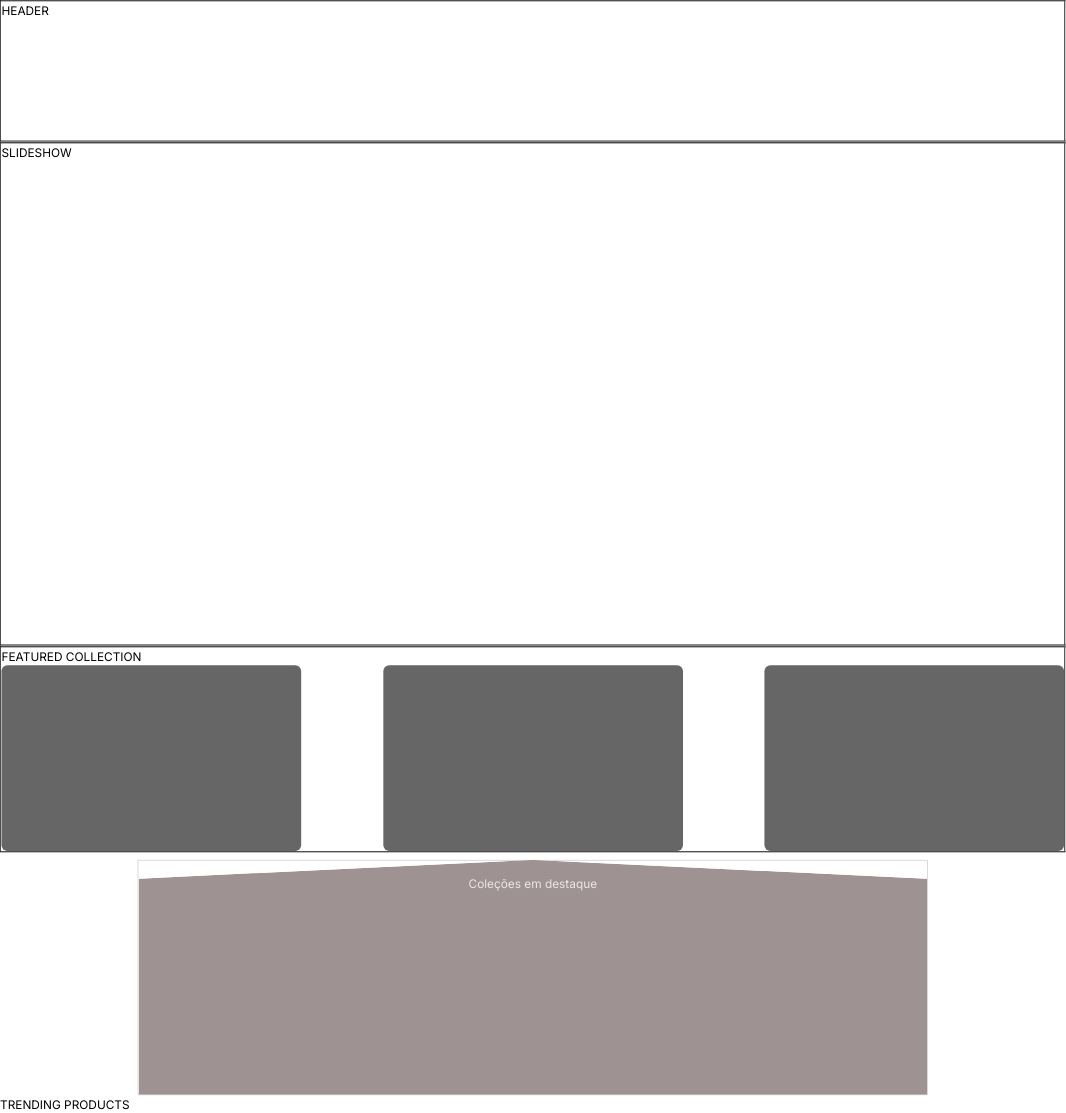
Repository: theophiloweb/landpage_disgital_store
Page: index.html
The author's editor kept a copy of each file at every save. The page is drawn from the files as they stood at one save, then again after the next save.
The browser window is 1280 px wide. The page is 1440 px wide, so the pictures cover 1440 px, including what lies to the right of the window. The pictures show the whole page, at 74% of full size.

Above is the page before, as saved 2025-04-23 11:40:07.

After the next save:
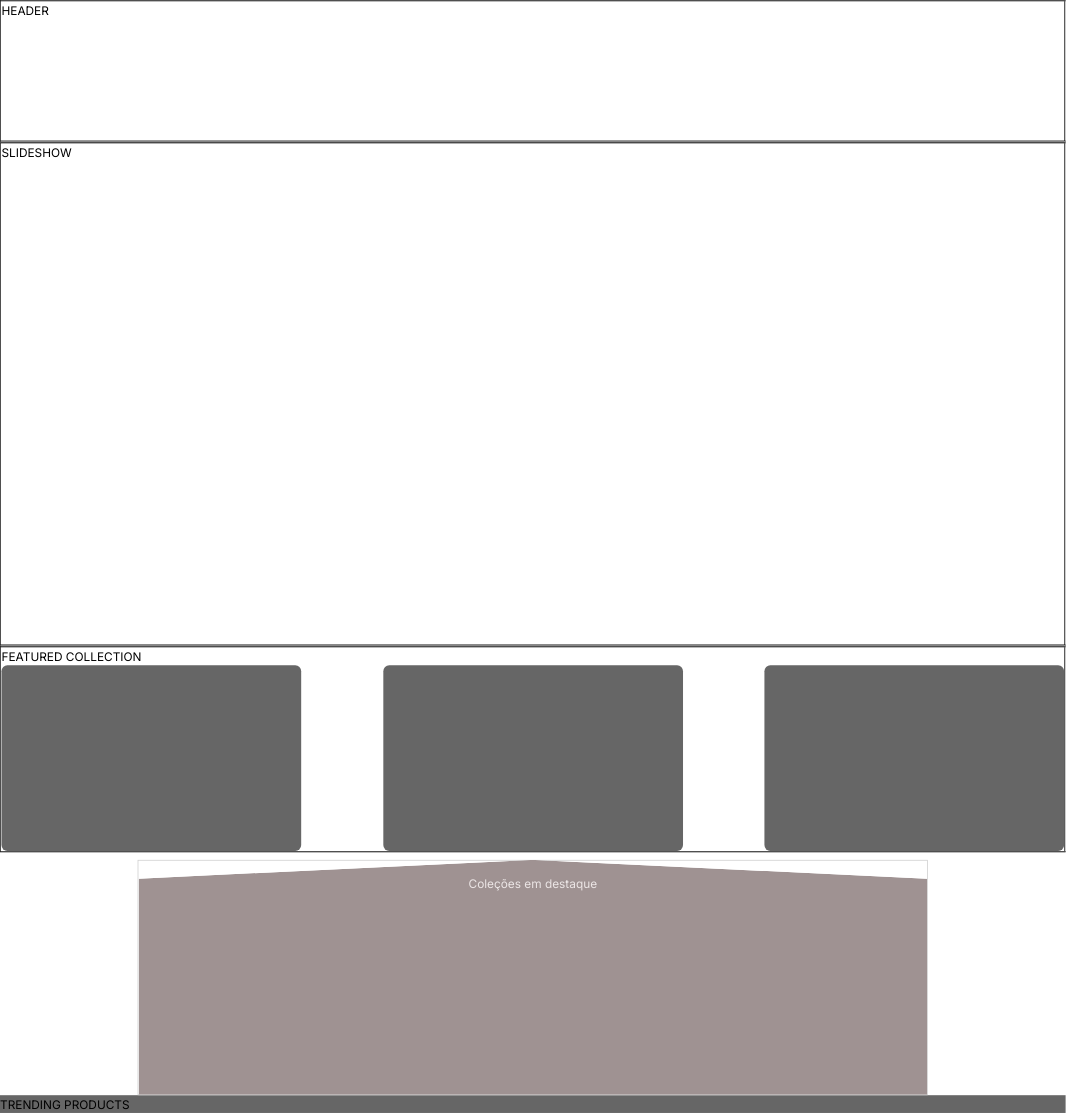
Saved 73 s later.
--- a/style.css
+++ b/style.css
@@ -163,3 +163,7 @@ header {
     display: flex;
     flex-direction: column;
 }
+
+.trending_products p {
+    background-color: var(--dark-gray-2);
+}
